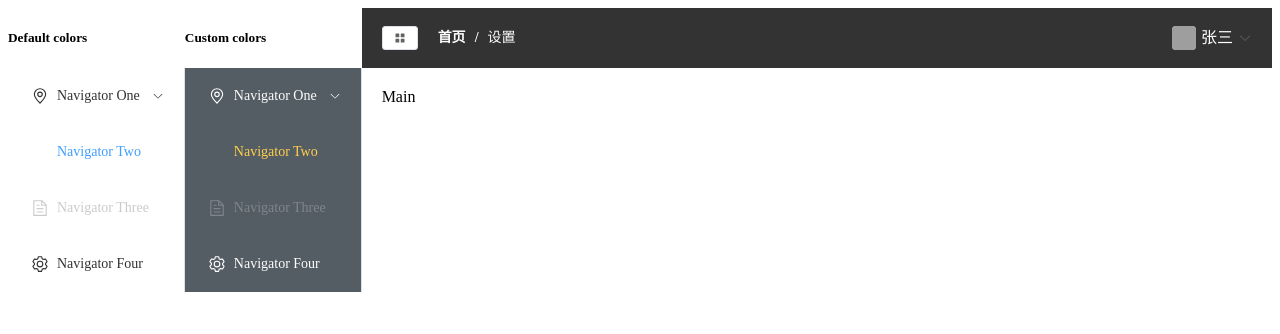
Repository: dishuibaby/vue-app
Page: /
The author's editor kept a copy of each file at every save. The page is drawn from the files as they stood at one save, then again after the next save.
The browser window is 1280 px wide. The pictures show the whole page.
Pictures or frames that could not be fetched are drawn as grey boxes. The project was rebuilt for these pictures with package versions that can differ from the ones it lists, and the page was loaded fresh each time. Also part of the build but not shown: vite.config.js.

Above is the page before, as saved 2024-08-11 20:27:43.

### src/main.js
import { createApp } from 'vue'
import App from './App.vue'
import router from './router'
import * as ElementPlusIconsVue from '@element-plus/icons-vue'

const app = createApp(App);
for (const [key, component] of Object.entries(ElementPlusIconsVue)) {
    app.component(key, component)
}

app.use(router);
app.mount('#app');

### src/components/CommonAside.vue
<template>
  <el-row class="tac">
    <el-col :span="12">
      <h5 class="mb-2">Default colors</h5>
      <el-menu
        default-active="2"
        class="el-menu-vertical-demo"
        @open="handleOpen"
        @close="handleClose"
      >
        <el-sub-menu index="1">
          <template #title>
            <el-icon><location /></el-icon>
            <span>Navigator One</span>
          </template>
          <el-menu-item-group title="Group One">
            <el-menu-item index="1-1">item one</el-menu-item>
            <el-menu-item index="1-2">item two</el-menu-item>
          </el-menu-item-group>
          <el-menu-item-group title="Group Two">
            <el-menu-item index="1-3">item three</el-menu-item>
          </el-menu-item-group>
          <el-sub-menu index="1-4">
            <template #title>item four</template>
            <el-menu-item index="1-4-1">item one</el-menu-item>
          </el-sub-menu>
        </el-sub-menu>
        <el-menu-item index="2">
          <el-icon><icon-menu /></el-icon>
          <span>Navigator Two</span>
        </el-menu-item>
        <el-menu-item index="3" disabled>
          <el-icon><document /></el-icon>
          <span>Navigator Three</span>
        </el-menu-item>
        <el-menu-item index="4">
          <el-icon><setting /></el-icon>
          <span>Navigator Four</span>
        </el-menu-item>
      </el-menu>
    </el-col>
    <el-col :span="12">
      <h5 class="mb-2">Custom colors</h5>
      <el-menu
        active-text-color="#ffd04b"
        background-color="#545c64"
        class="el-menu-vertical-demo"
        default-active="2"
        text-color="#fff"
        @open="handleOpen"
        @close="handleClose"
      >
        <el-sub-menu index="1">
          <template #title>
            <el-icon><location /></el-icon>
            <span>Navigator One</span>
          </template>
          <el-menu-item-group title="Group One">
            <el-menu-item index="1-1">item one</el-menu-item>
            <el-menu-item index="1-2">item two</el-menu-item>
          </el-menu-item-group>
          <el-menu-item-group title="Group Two">
            <el-menu-item index="1-3">item three</el-menu-item>
          </el-menu-item-group>
          <el-sub-menu index="1-4">
            <template #title>item four</template>
            <el-menu-item index="1-4-1">item one</el-menu-item>
          </el-sub-menu>
        </el-sub-menu>
        <el-menu-item index="2">
          <el-icon><icon-menu /></el-icon>
          <span>Navigator Two</span>
        </el-menu-item>
        <el-menu-item index="3" disabled>
          <el-icon><document /></el-icon>
          <span>Navigator Three</span>
        </el-menu-item>
        <el-menu-item index="4">
          <el-icon><setting /></el-icon>
          <span>Navigator Four</span>
        </el-menu-item>
      </el-menu>
    </el-col>
  </el-row>
</template>
<script>
import { ref, computed } from "vue";
//菜单数据
const menu = [
  {
    path: "/dashboard",
    label: "仪表盘",
    icon: "el-icon-s-home",
    children: [
      {
        path: "/dashboard/overview",
        name: "overview",
        label: "概览",
        icon: "el-icon-s-data",
        url: "/dashboard/overview",
      },
      {
        path: "/dashboard/stats",
        name: "stats",
        label: "统计",
        icon: "el-icon-s-marketing",
        url: "/dashboard/stats",
      },
    ],
  },
  {
    path: "/settings",
    label: "设置",
    icon: "el-icon-s-tools",
    children: [
      {
        path: "/settings/profile",
        name: "profile",
        label: "个人设置",
        icon: "el-icon-user-solid",
        url: "/settings/profile",
      },
      {
        path: "/settings/security",
        name: "security",
        label: "安全设置",
        icon: "el-icon-lock",
        url: "/settings/security",
      },
    ],
  },
  {
    path: "/help",
    name: "help",
    label: "帮助",
    icon: "el-icon-question",
    url: "/help",
  },
];

const hasChidren = computed(() => menu.value.filters((item) => item.children));
const noChidren = computed(() => menu.value.filters((item) => !item.children));
</script>

<style type="less" scoped></style>

### src/components/CommonHeader.vue
<template>
  <div class="header">
    <div class="header-left">
      <el-button size="small">
        <el-icon ><Menu /></el-icon>
      </el-button>
      <el-breadcrumb separator="/" class="breadcrumb">
        <el-breadcrumb-item :to="{ path: '/' }">首页</el-breadcrumb-item>
        <el-breadcrumb-item>设置</el-breadcrumb-item>
      </el-breadcrumb>
    </div>
    <div class="header-right">
      <el-dropdown>
        <span class="el-dropdown-link">
          <el-avatar shape="square" size="small" src="https://cube.elemecdn.com/3/7c/3ea6beec64369c2642b92c6726f1epng.png" />
          <el-text class="mx-1" size="large">张三</el-text>
          <el-icon class="el-icon--right">
            <arrow-down />
          </el-icon>
        </span>
        <template #dropdown>
          <el-dropdown-menu>
            <el-dropdown-item>个人中心</el-dropdown-item>
            <el-dropdown-item>退出登陆</el-dropdown-item>
          </el-dropdown-menu>
        </template>
      </el-dropdown>
    </div>
  </div>
</template>
<script >

</script>
<style lang="less" scoped>
.header{
  display: flex;
  justify-content: space-between;
  align-items: center;
  width: 100%;
  height: 100%;
  background-color: #333;
}

.header-left{
  display: flex;
  align-items: center;
  .el-button {
    margin-right: 20px;
  }
}
.breadcrumb{
  font-size: 14px;
}

.el-dropdown-link{
  display: flex;
  justify-content: space-between;
  align-items: center;
  .el-avatar{
    margin-right: 5px;
  }
  .el-text{
    color: #fff;
  }
}

:deep(.breadcrumb span) {
  color: #fff !important;
  cursor: pointer;
}
</style>

### src/router/index.js
import {createRouter, createWebHashHistory} from "vue-router";

//指定路由规则
const routes = [
    {
        path: '/',
        name: 'main',
        component: () => import('@/views/Main.vue')
    },
];

const router = createRouter({
    history: createWebHashHistory(),
    routes
});

export default router;

### src/views/Main.vue
<script setup>

</script>

<template>
  <div class="common-layout">
    <el-container class="lay-container">
        <common-aside />
        <el-container>
            <el-header class="el-header">
                <common-header />
            </el-header>
            <el-main>
                Main
            </el-main>
        </el-container>
    </el-container>
  </div>
</template>

<style scoped lang="less">
    .common-layout,lay-container{
        width: 100%;
        height: 100%;
        overflow: hidden;
    }
    .el-header{
        background-color: #333;

    }

</style>

Loaded but not shown: index.html (common file); src/App.vue (common file)

After the next save:
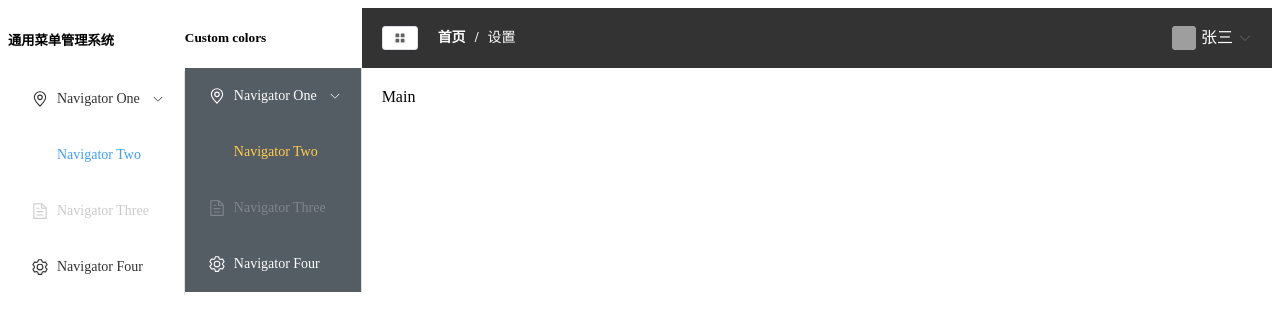
Saved 13 s later.
--- a/src/components/CommonAside.vue
+++ b/src/components/CommonAside.vue
@@ -1,7 +1,7 @@
 <template>
   <el-row class="tac">
     <el-col :span="12">
-      <h5 class="mb-2">Default colors</h5>
+      <h5 class="mb-2">通用菜单管理系统</h5>
       <el-menu
         default-active="2"
         class="el-menu-vertical-demo"
